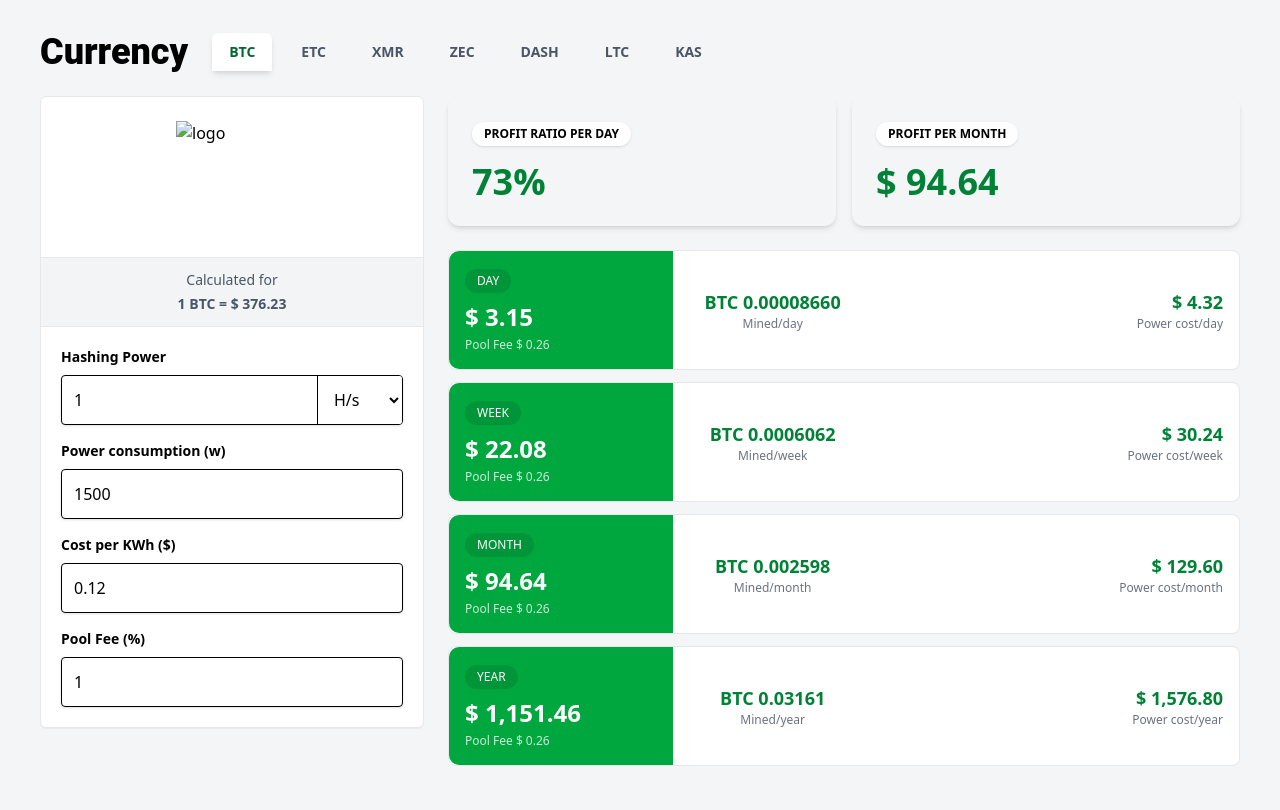
Repository: Bilal-Ahmad-CodeMaster/crypto-proj
Page: /
The author's editor kept a copy of each file at every save. The page is drawn from the files as they stood at one save, then again after the next save.
The browser window is 1280 px wide. The pictures show the whole page.
Pictures or frames that could not be fetched are drawn as grey boxes. The project was rebuilt for these pictures with package versions that can differ from the ones it lists, and the page was loaded fresh each time. The framework's server and built-in components were replaced by stand-ins that run in the browser. Also part of the build but not shown: next.config.ts.

Above is the page before, as saved 2025-11-25 21:19:31.

After the next save:
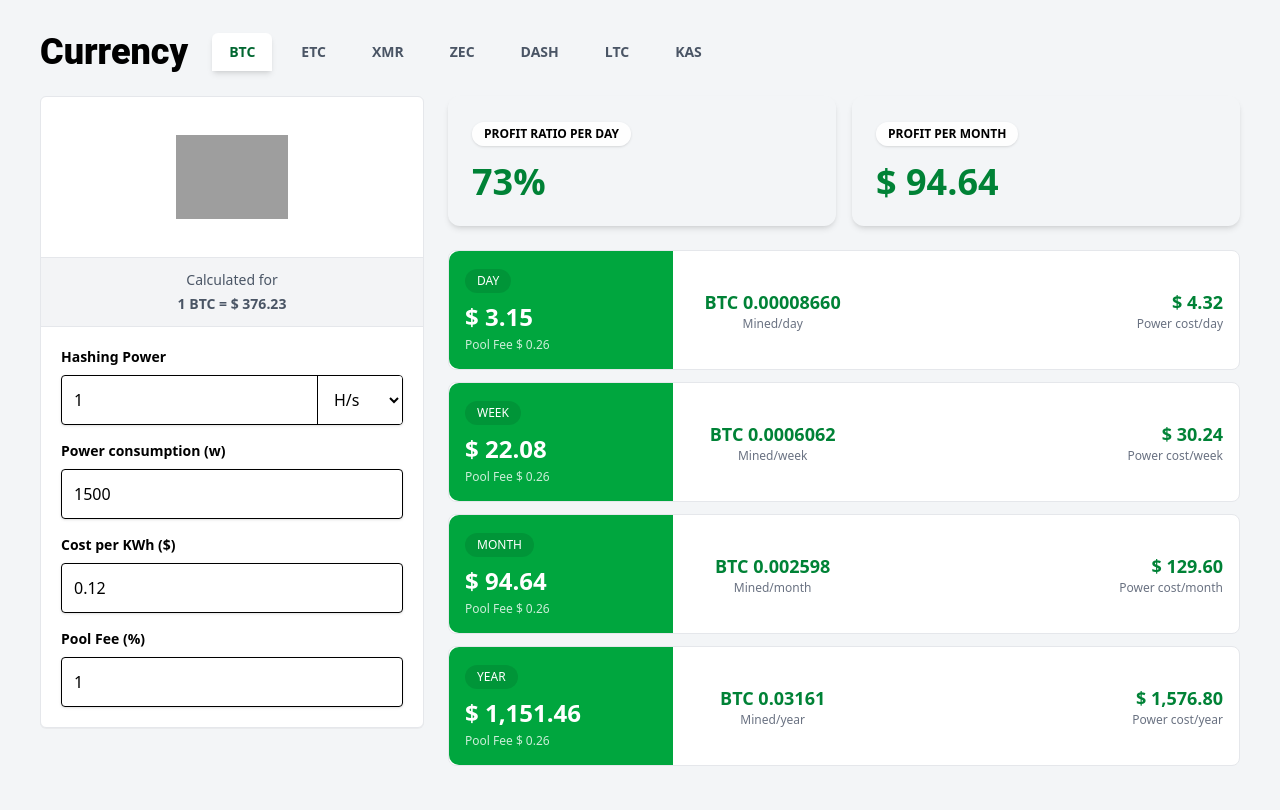
Saved 4 s later.
--- a/src/app/components/HashingForm.tsx
+++ b/src/app/components/HashingForm.tsx
@@ -6,7 +6,7 @@
     return (
         <div className="bg-white left-card border border-gray-200 p-0 rounded-lg overflow-hidden">
             <div className="p-6 border-b border-gray-200 flex items-center justify-center">
-                <img src={``} alt="logo" className="w-28 h-28 object-contain" />
+                <img src={`aci`} alt="logo" className="w-28 h-28 object-contain" />
             </div>
 
 
